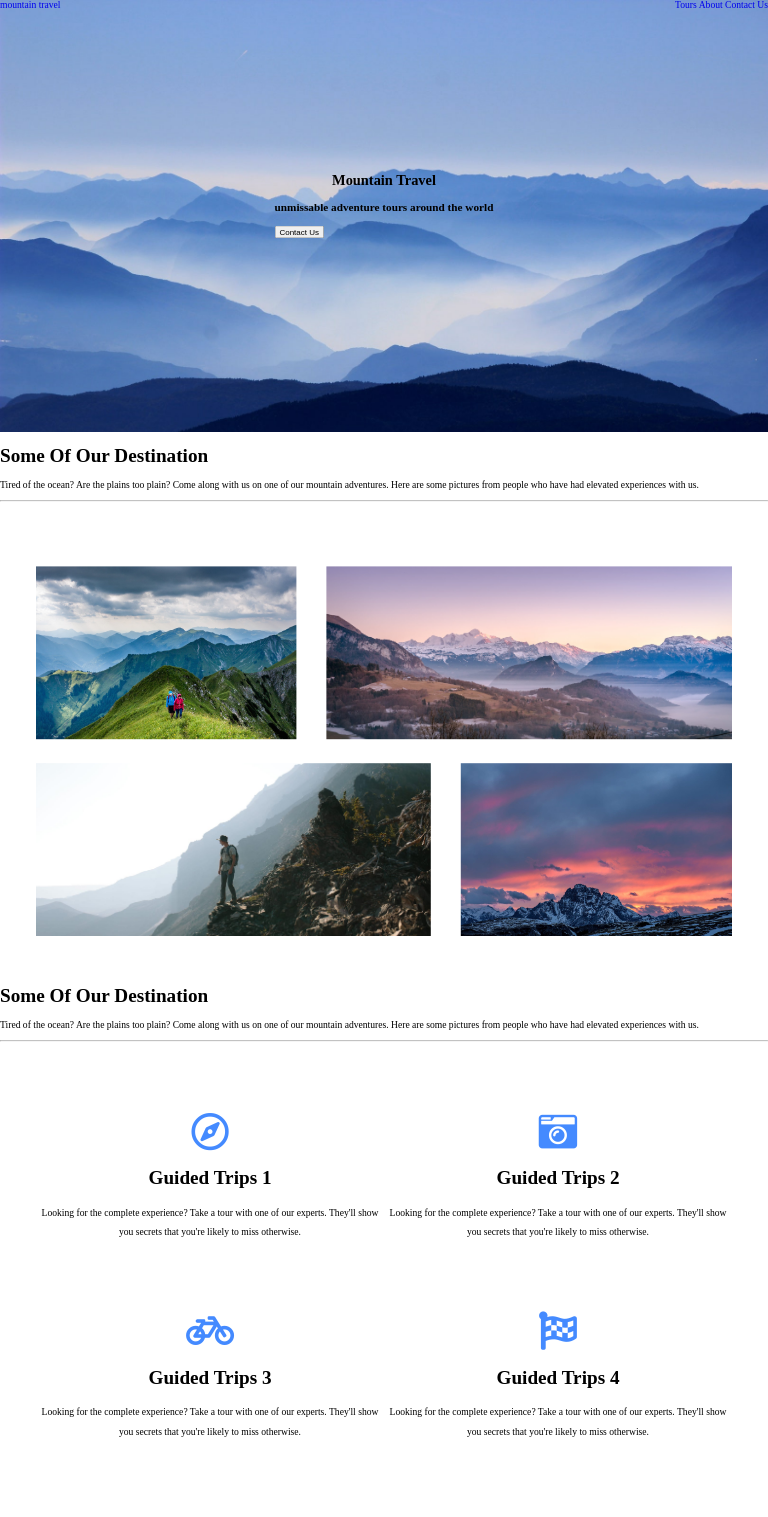
Repository: Einsteiniumeinsteinian/Advanced-CSS
Page: css-project-starter-code/index.html
These files come from the project's save history. The page is drawn as it stood at one moment and after a run of saves; the edit follows.
The browser window is 1280 px wide. The pictures show the whole page, at 60% of full size.
Some web libraries are served in a nearby version.

Above is the page before, as saved 2021-08-15 20:39:57.

### css-project-starter-code/index.html
<!DOCTYPE html>
<html>

<head>
  <meta charset="utf-8">
  <meta name="viewport" content="width=device-width, initial-scale=1">
  <title>Mountain Travel</title>
  <link rel="stylesheet" href="https://use.fontawesome.com/releases/v5.0.7/css/all.css">
  <link rel="preconnect" href="https://fonts.googleapis.com">
  <link rel="preconnect" href="https://fonts.gstatic.com" crossorigin>
  <link href="https://fonts.googleapis.com/css2?family=Quicksand:wght@600&display=swap" rel="stylesheet">
  <link href="https://fonts.googleapis.com/css?family=Open+Sans" rel="stylesheet">
  <link rel="stylesheet" href="assets/css/styles.css">
</head>

<body>
  <!-- Forked from a template on Tutorialzine: https://tutorialzine.com/2016/06/freebie-landing-page-template-with-flexbox -->
  <header>
    <nav>
      <a href="#"> mountain travel</a>
      <span class="nav-span">
        <a href="#"> Tours</a>
        <a href="#"> About</a>
        <a href="#"> Contact Us</a>
      </span>
    </nav>
    <div class="top-container">
      <div class="header-text-wrapping">
        <h2>Mountain Travel</h2>
        <h3>unmissable adventure tours around the world</h3>
        <button>Contact Us</button>
      </div>

    </div>
  </header>
  <div>
    <h1>
      Some Of Our Destination
    </h1>
    <p>
      Tired of the ocean? Are the plains too plain? Come along with us on one of our mountain adventures. Here are some
      pictures from people who have had elevated experiences with us.
    </p>
    <hr>
  </div>

  <section class="photo-section">
    <div class="photo-set-div">
      <img class="img" src="assets/img/mountain1.jpg" alt="">
      <img class="img img-2" src="assets/img/mountain2.jpg" alt="">
    </div>
    <div class="photo-set-div">
      <img class="img img-3" src="assets/img/mountain3.jpg" alt="">
      <img class="img" src="assets/img/mountain4.jpg" alt="">
    </div>
  </section>

  <div>
    <h1>
      Some Of Our Destination
    </h1>
    <p>
      Tired of the ocean? Are the plains too plain? Come along with us on one of our mountain adventures. Here are some
      pictures from people who have had elevated experiences with us.
    </p>
    <hr>
  </div>

  <!--* Packkage Section -->
  <section class="package-section">
    <div class="package-set">
      <div class="package">
<i class="far fa-compass"></i>
        <h1>
          guided trips 1
        </h1>
        <p>Looking for the complete experience? Take a tour with one of our experts. They'll show you secrets that you're likely to
        miss otherwise.</p>
      </div>
        <div class="package">
          <i class="fas fa-camera-retro"></i>
          <h1>
            guided trips 2
          </h1>
          <p>Looking for the complete experience? Take a tour with one of our experts. They'll show you secrets that you're
            likely to
            miss otherwise.</p>
        </div>
    </div>
      <div class="package-set">
        <div class="package">
          <i class="fas fa-bicycle"></i>
          <h1>
            guided trips 3
          </h1>
          <p>Looking for the complete experience? Take a tour with one of our experts. They'll show you secrets that you're
            likely to
            miss otherwise.</p>
        </div>
          <div class="package">
            <i class="fas fa-flag-checkered"></i>
            <h1>
              guided trips 4
            </h1>
            <p>Looking for the complete experience? Take a tour with one of our experts. They'll show you secrets that you're
              likely to
              miss otherwise.</p>
          </div>
      </div>
  </section>
</body>

</html>

### css-project-starter-code/assets/css/styles.css
body{
    margin: 0;
    /* font-family: ; */
}
header{
  /* display: flex; */
  background-image: url('../img/main.jpg');
  background-repeat: no-repeat;
background-size: cover;
    min-height: 100vh;
}
nav{
    display: flex;
    justify-content: space-between;
    min-height: 30vh;
}
.top-container{
    margin-top: 10vh;
    display: flex;
    flex-direction: column;
    justify-content: center;
    align-items: center;
}
h2{
    margin-top: 0;
   text-align: center;
}
a{
    text-decoration: none;
}

/** Photo Section */
.photo-section{
    padding: 60px;
    display: flex;
    flex-direction: column;
}
.photo-set-div{
    margin-top: 40px;
    flex-grow: 1;
    display: flex;
    height: 40vh;
    flex-basis: 100px;
}

.img{
    min-width: 0;
flex-basis: 400px;
flex-grow: 1;
  object-fit: cover;
}
.img-2{
    margin-left: 50px;
    flex-grow: 8;
}
.img-3{
    margin-right: 50px;
    flex-grow: 5;
}

/** Packages */
.package-section{
    padding: 60px;
}
.package-set{
    display: flex;
}
.package{
    text-align: center;
    line-height: 2em;
    margin-top: 50px;
    margin-bottom: 50px;
}
.package > h1{
    /* font-family: 'Quicksand', sans-serif; */
    text-transform: capitalize;
    font-weight: bold;
    font-size: 2em;
}
i{
    font-size: 4em;
    color: #448AFF;
}

After the next 5 saves:
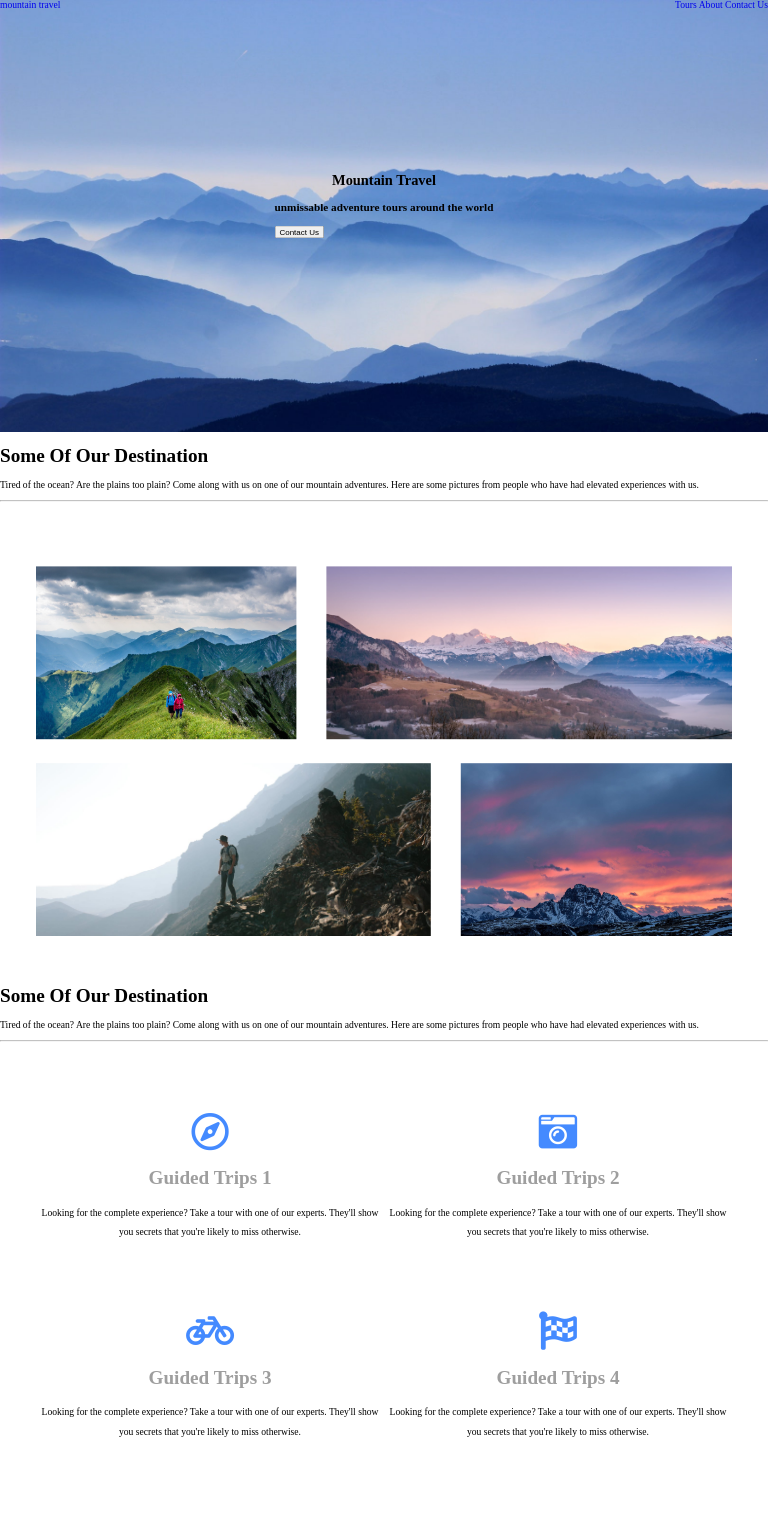
The 5 saves are shown as one change because they came seconds apart.
The last was saved 65 s later.
--- a/css-project-starter-code/assets/css/styles.css
+++ b/css-project-starter-code/assets/css/styles.css
@@ -73,6 +73,7 @@ flex-grow: 1;
 }
 .package > h1{
     /* font-family: 'Quicksand', sans-serif; */
+    color: #9E9E9E;
     text-transform: capitalize;
     font-weight: bold;
     font-size: 2em;
